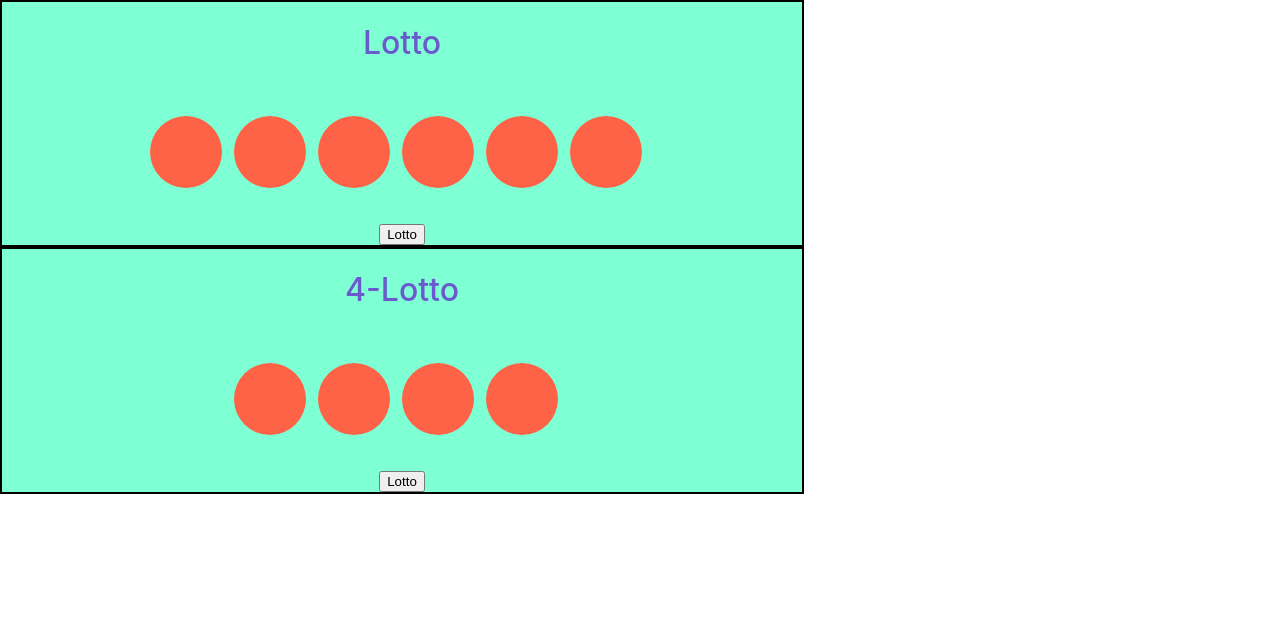
Repository: dung8466/learn-react
Page: / (app in lottery/)
The author's editor kept a copy of each file at every save. The page is drawn from the files as they stood at one save, then again after the next save.
The browser window is 1280 px wide. The pictures show the whole page.
The project was rebuilt for these pictures with package versions that can differ from the ones it lists, and the page was loaded fresh each time.

Above is the page before, as saved 2022-09-18 21:08:15.

After the next save:
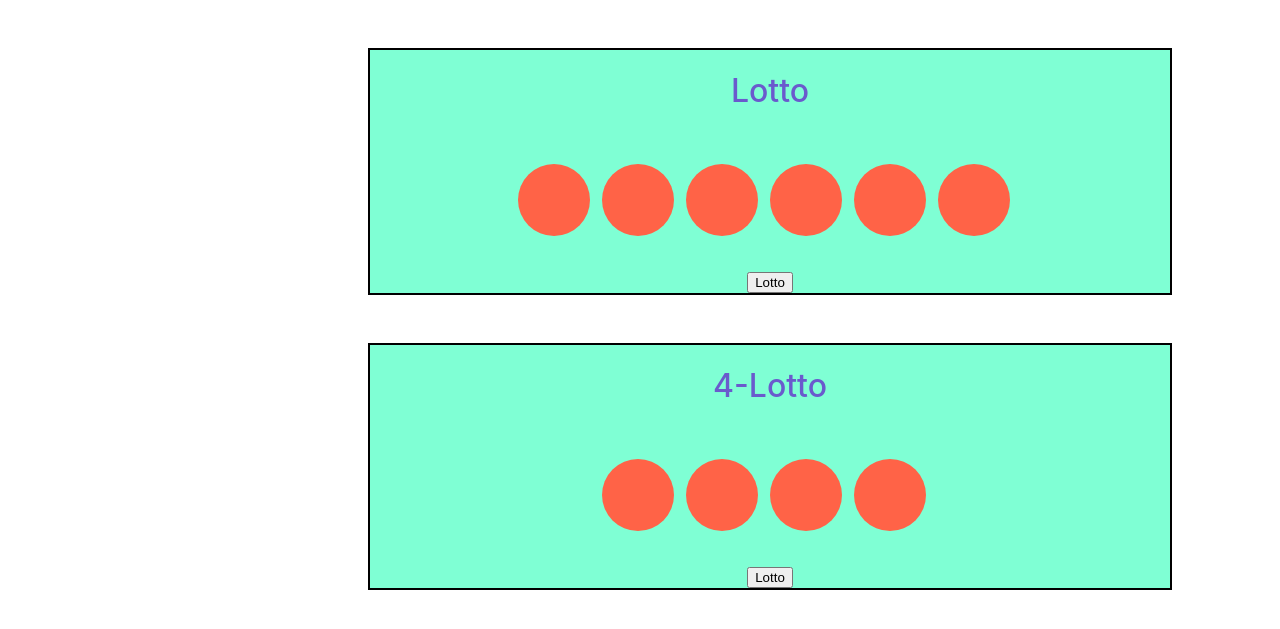
Saved 16 s later.
--- a/lottery/src/Lotto.css
+++ b/lottery/src/Lotto.css
@@ -9,8 +9,8 @@
     background-color: aquamarine;
     max-width: 50em;
     max-height: 20em;
-    /* margin-top: 3em;
-    margin-left: 23em; */
+    margin-top: 3em;
+    margin-left: 23em;
 }
 
 .lotto h1{
